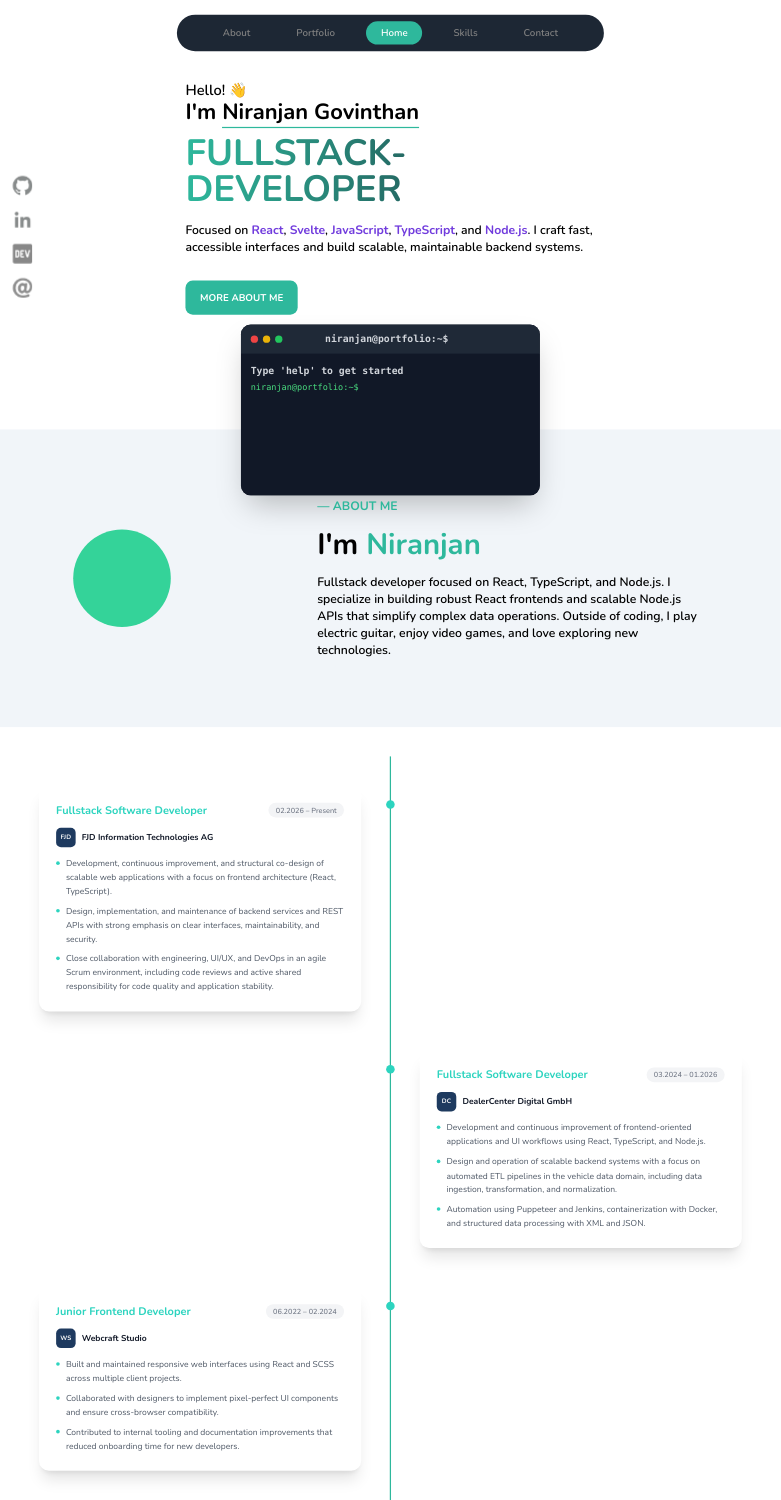
Repository: Niranjan-webdev/My-portfolio
Page: /
These files come from the project's save history. The page is drawn as it stood at one moment and after the next save; the edit follows.
The browser window is 1280 px wide. The pictures show the whole page, at 61% of full size.
The project was rebuilt for these pictures with package versions that can differ from the ones it lists, and the page was loaded fresh each time. Also part of the build but not shown: next.config.mjs.

Above is the page before, as saved 2026-03-21 12:04:40.

After the next save:
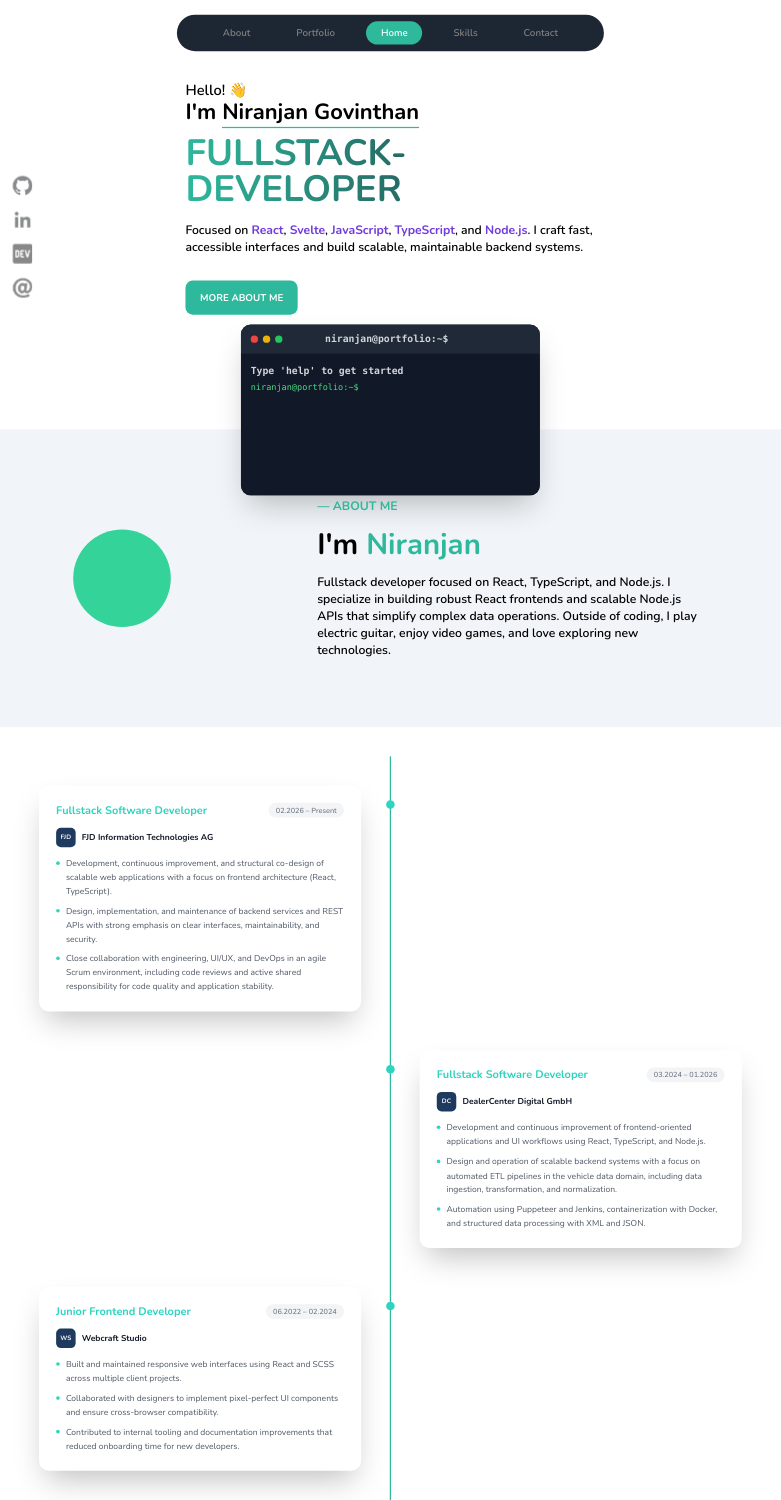
Saved 13 s later.
--- a/src/components/TimelineCard.js
+++ b/src/components/TimelineCard.js
@@ -4,7 +4,7 @@
     const isLeft = item.side === 'left';
 
     const Card = (
-      <div className="bg-white rounded-2xl p-7 shadow-xl hover:shadow-2xl transition-shadow duration-200">
+      <div className="bg-white rounded-2xl p-7 shadow-2xl hover:shadow-3xl transition-shadow duration-200">
         {/* Header: title + date badge */}
         <div className="flex items-start justify-between gap-3 flex-wrap mb-4">
           <h3 className="text-[#2dd4bf] font-bold text-lg leading-snug m-0">

After the 2 saves that followed:
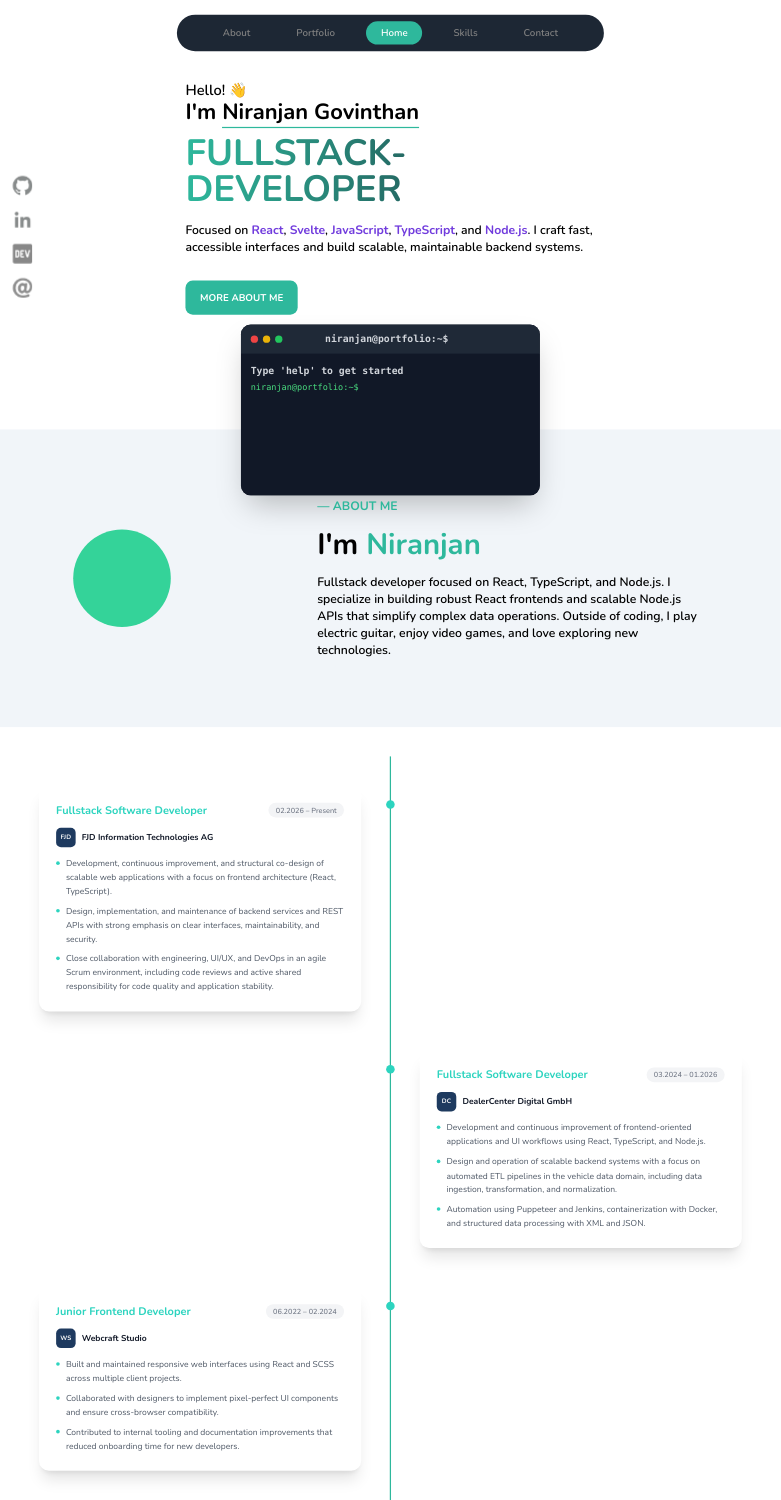
The 2 saves are shown as one change because 1 left the picture as it was.
The last was saved 26 s later.
--- a/src/components/TimelineCard.js
+++ b/src/components/TimelineCard.js
@@ -4,7 +4,7 @@
     const isLeft = item.side === 'left';
 
     const Card = (
-      <div className="bg-white rounded-2xl p-7 shadow-2xl hover:shadow-3xl transition-shadow duration-200">
+      <div className="bg-white rounded-2xl p-7 shadow-xl hover:shadow-2xl transition-shadow duration-200">
         {/* Header: title + date badge */}
         <div className="flex items-start justify-between gap-3 flex-wrap mb-4">
           <h3 className="text-[#2dd4bf] font-bold text-lg leading-snug m-0">
